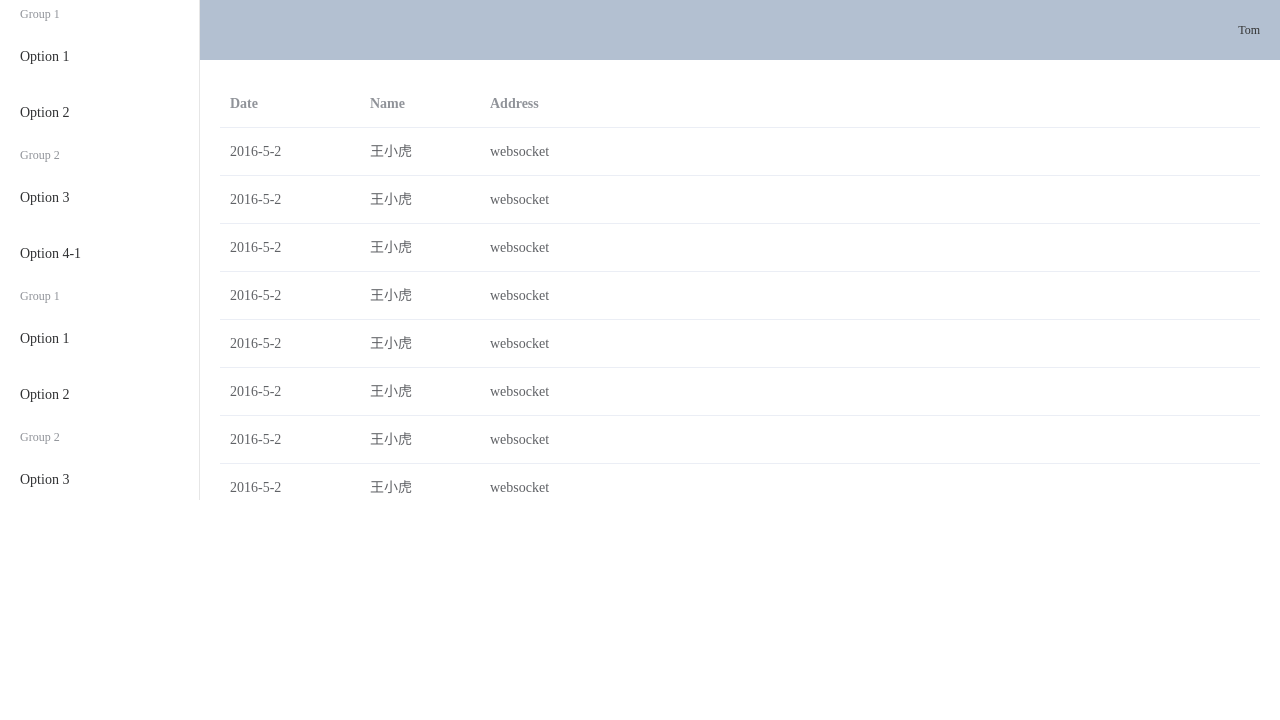
Repository: LiuRuohui/lrh-web
Page: /Home
These files come from the project's save history. The page is drawn as it stood at one moment and after the next save; the edit follows.
The browser window is 1280 px wide. The pictures show the whole page.
An inner scrolling area shows only its first screen. The project was rebuilt for these pictures with package versions that can differ from the ones it lists, and the page was loaded fresh each time. Also part of the build but not shown: vue.config.js.

Above is the page before, as saved 2023-05-30 23:10:35.

After the next save:
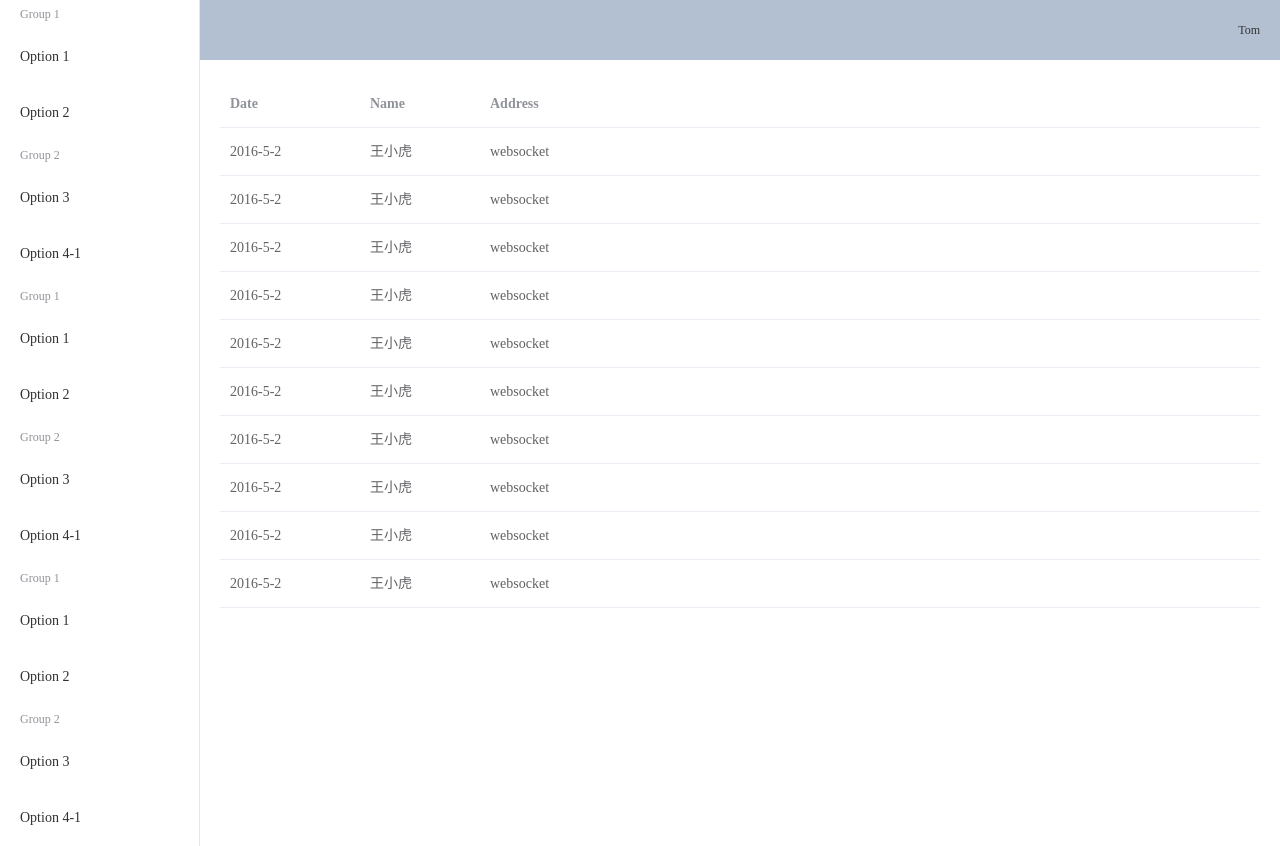
Saved 2 min 24 s later.
--- a/src/components/index.vue
+++ b/src/components/index.vue
@@ -1,5 +1,5 @@
 <template>
-    <el-container class="layout-container-demo" style="height: 500px">
+    <el-container class="layout-container-demo" style="height: 100%">
       <el-aside width="200px">
         <el-scrollbar>
           <el-menu :default-openeds="['1', '3']">
